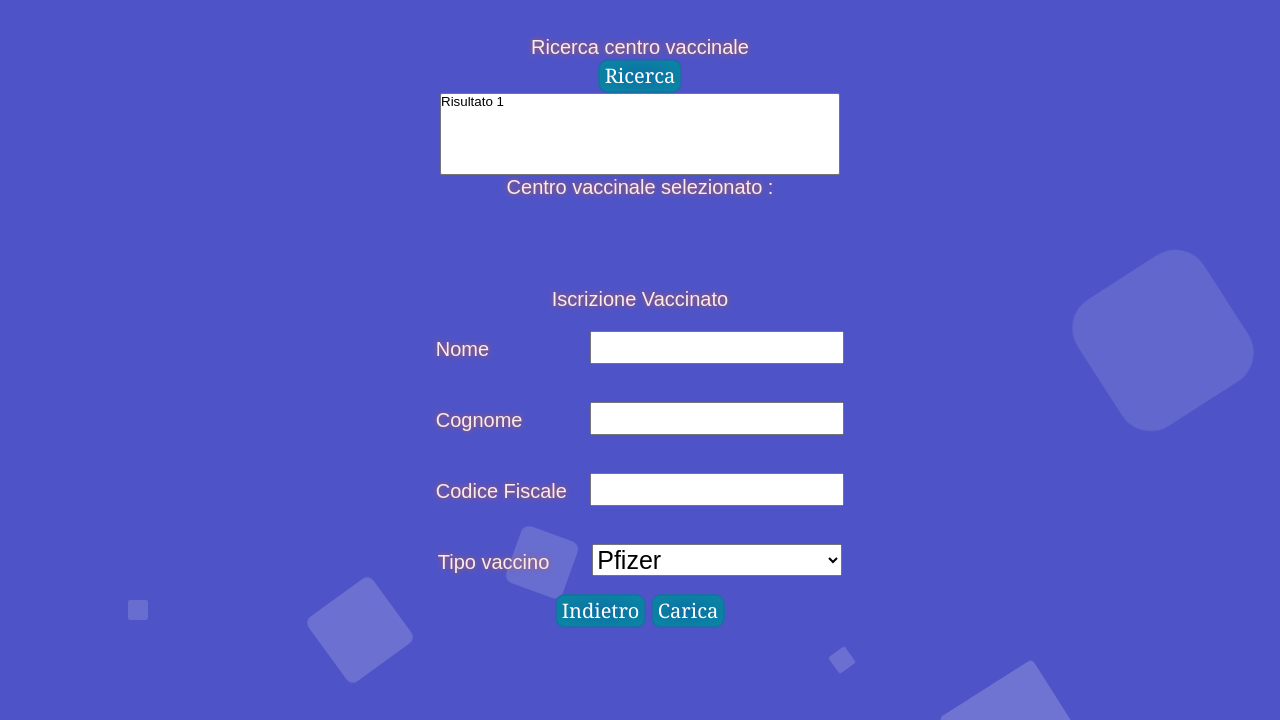
Repository: Jok98/CentriVaccinaliWebApp
Page: http://localhost/CentriVaccinaliOperatori/iscrizionevaccinato.jsp
These files come from the project's save history. The page is drawn as it stood at one moment and after the next save; the edit follows.
The browser window is 1280 px wide. The pictures show the whole page.
Some web fonts or font styles are not loaded; a fallback is used. The page is served by Tomcat 9.

Above is the page before, as saved 2022-09-24 18:06:43.

### CentriVaccinaliOperatori/src/main/webapp/iscrizionevaccinato.jsp
<%@ page language="java" contentType="text/html; charset=ISO-8859-1"
    pageEncoding="ISO-8859-1"%>
<!DOCTYPE html>
<html>
<head>
<meta charset="ISO-8859-1">
<link rel="stylesheet" href="css/form.css">
<link rel="stylesheet" href="css/background.css">
<title>Iscrizione Vaccinati</title>
</head>
<body>
	<div class="area">
		<ul class="circles">
			<li></li>
			<li></li>
			<li></li>
			<li></li>
			<li></li>
			<li></li>
			<li></li>
			<li></li>
			<li></li>
			<li></li>
		</ul>
	</div>
		<div class="reserch" align="center" >
		<form action="" >
		<a class="text">Ricerca centro vaccinale</a>
		<br>
		<button class="button" type="submit">Ricerca</button>
		<br>
		<select class="list" name="centriVaccinali" size="5">
		<option value="Result1">Risultato 1</option>
		</select>
		<br>
		<a class="text">Centro vaccinale selezionato :</a>
	</form>
	</div>
	<div class="contextIscrizioneVacc" align="center" >
		<form action="" >
		<a class="text">Iscrizione Vaccinato</a>
		<br>
		<label class="label" class="button"  for="nomeVacc" >Nome </label>
		<input class="input" type="text" id="nomeVacc" name="nomeVacc">
		<br><br>
		<label class="label" for="cognomeVacc">Cognome </label>
		<input class="input" type="text" id="cognomeVacc" name="cognomeVacc">
		<br><br>
		<label class="label" for="codfisVacc">Codice Fiscale </label>
		<input class="input" type="text" id="codfisVacc" name="codfisVacc">
		<br><br>
		<label class="label" for="tipoCenvax">Tipo vaccino </label>
		<select class="input" name="tipoCenvax" id="tipoCenvax">
			<option value="Pfizer">Pfizer</option>
			<option value="Moderna">Moderna</option>
			<option value="Astrazeneca">Astrazeneca</option>
		</select>
		<br><br>
		<a class="button" type="submit" href="index.jsp"  >Indietro</a>
		<button class="button" type="submit">Carica</button>

		</form>
	</div>

</body>
</html>

### CentriVaccinaliOperatori/src/main/webapp/css/form.css
@charset "ISO-8859-1";

/* bottoni */
.button {
	color: rgb(255, 255, 255);
	font-size: 20px;
	line-height: 20px;
	padding: 5px;
	border-radius: 10px;
	font-family: Georgia, serif;
	font-weight: normal;
	text-decoration: none;
	font-style: normal;
	font-variant: normal;
	text-transform: none;
	background-image: radial-gradient(at center center, rgb(12, 111, 164) 0%,
		rgb(10, 136, 164) 100%, rgb(12, 111, 164) 100%);
	box-shadow: rgba(0, 0, 0, 0) 81px -57px 0px 0px;
	border: 2px solid rgb(28, 110, 164);
	display: inline-block;
}

.button:hover {
	background: #80c3ff;
}

.button:active {
	background: #1ca4ff;
}

.text{
	font-size: 20px;
	text-shadow: 0px 0px 5px #CE5937;
	color: #EFEFEF;

}

.label {
	display: inline-block;
	width:150px;
	text-align: left;
	font-size: 20px;
	text-shadow: 0px 0px 5px #CE5937;
	color: #EFEFEF;

}

.input {
	margin-top:20px;
	width:250px;
	font-size: 25px;
}

.list{
	width: 400px;

}

### CentriVaccinaliOperatori/src/main/webapp/css/background.css
@charset "ISO-8859-1";
@import url('https://fonts.googleapis.com/css?family=Exo:400,700');

*{
    margin: 0px;
    padding: 0px;
}

html{
    font-family: 'Exo', sans-serif;

}

.reserch{
	width: 100%;
    position: absolute;
    top:5vh;
}



.context {
    width: 100%;
    position: absolute;
    top:20vh;

}

.context h1{
    text-align: center;
    color: #fff;
    font-size: 50px;
}

.contextIscrizioneCentro{
    width: 100%;
    position: absolute;
    top:10vh;

}

.contextIscrizioneVacc{
	width: 100%;
    position: absolute;
    top:40vh;
}



.area{
    background: #4e54c8;
    background: -webkit-linear-gradient(to left, #8f94fb, #4e54c8);
    width: 100%;
    height:100vh;


}

.circles{
    position: absolute;
    top: 0;
    left: 0;
    width: 100%;
    height: 100%;
    overflow: hidden;
}

.circles li{
    position: absolute;
    display: block;
    list-style: none;
    width: 20px;
    height: 20px;
    background: rgba(255, 255, 255, 0.2);
    animation: animate 25s linear infinite;
    bottom: -150px;

}

.circles li:nth-child(1){
    left: 25%;
    width: 80px;
    height: 80px;
    animation-delay: 0s;
}


.circles li:nth-child(2){
    left: 10%;
    width: 20px;
    height: 20px;
    animation-delay: 2s;
    animation-duration: 12s;
}

.circles li:nth-child(3){
    left: 70%;
    width: 20px;
    height: 20px;
    animation-delay: 4s;
}

.circles li:nth-child(4){
    left: 40%;
    width: 60px;
    height: 60px;
    animation-delay: 0s;
    animation-duration: 18s;
}

.circles li:nth-child(5){
    left: 65%;
    width: 20px;
    height: 20px;
    animation-delay: 0s;
}

.circles li:nth-child(6){
    left: 75%;
    width: 110px;
    height: 110px;
    animation-delay: 3s;
}

.circles li:nth-child(7){
    left: 35%;
    width: 150px;
    height: 150px;
    animation-delay: 7s;
}

.circles li:nth-child(8){
    left: 50%;
    width: 25px;
    height: 25px;
    animation-delay: 15s;
    animation-duration: 45s;
}

.circles li:nth-child(9){
    left: 20%;
    width: 15px;
    height: 15px;
    animation-delay: 2s;
    animation-duration: 35s;
}

.circles li:nth-child(10){
    left: 85%;
    width: 150px;
    height: 150px;
    animation-delay: 0s;
    animation-duration: 11s;
}



@keyframes animate {

    0%{
        transform: translateY(0) rotate(0deg);
        opacity: 1;
        border-radius: 0;
    }

    100%{
        transform: translateY(-1000px) rotate(720deg);
        opacity: 0;
        border-radius: 50%;
    }

}

After the next save:
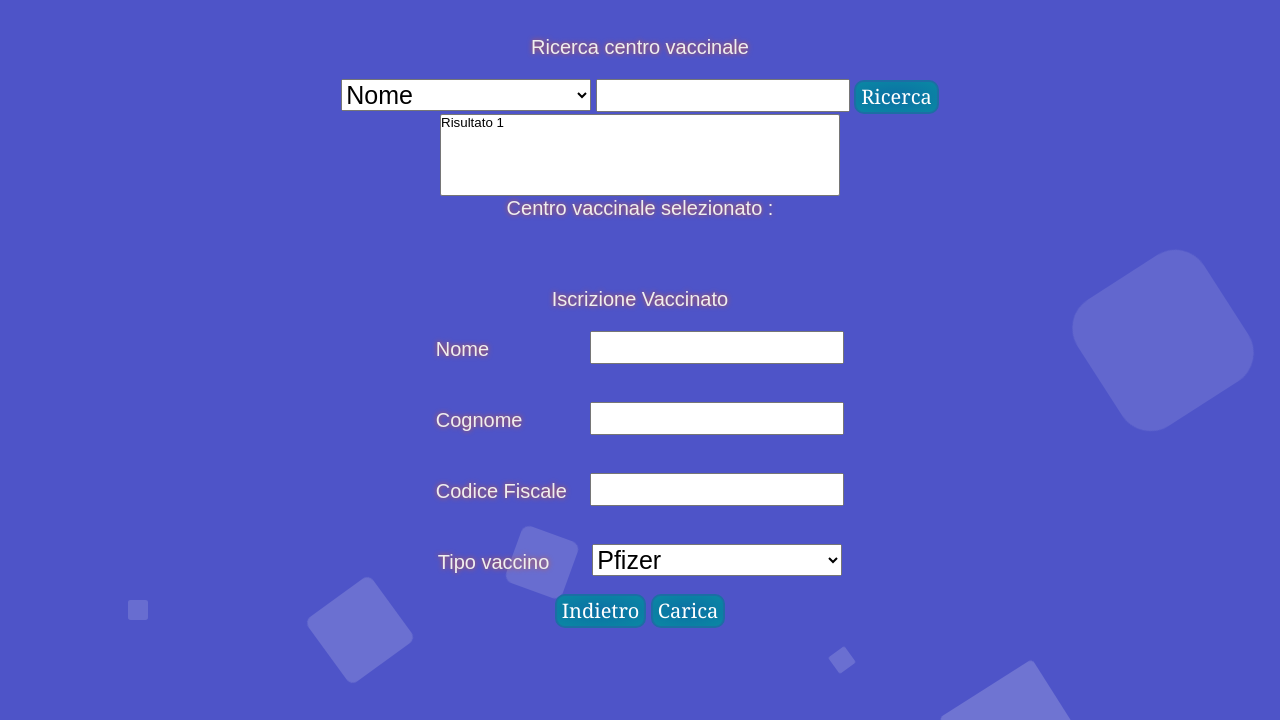
Saved 3 min 46 s later.
--- a/CentriVaccinaliOperatori/src/main/webapp/iscrizionevaccinato.jsp
+++ b/CentriVaccinaliOperatori/src/main/webapp/iscrizionevaccinato.jsp
@@ -27,6 +27,12 @@
 		<form action="" >
 		<a class="text">Ricerca centro vaccinale</a>
 		<br>
+		<select class="input" name="tipoCenvax" id="tipoCenvax">
+			<option value="nomeCentro">Nome</option>
+			<option value="comuneCentro">Comune</option>
+			<option value="tipologiaCentro">Tipologia</option>
+		</select>
+		<input class="input" type="text" id="ricercaCentro" name="ricercaCentro">
 		<button class="button" type="submit">Ricerca</button>
 		<br>
 		<select class="list" name="centriVaccinali" size="5">
